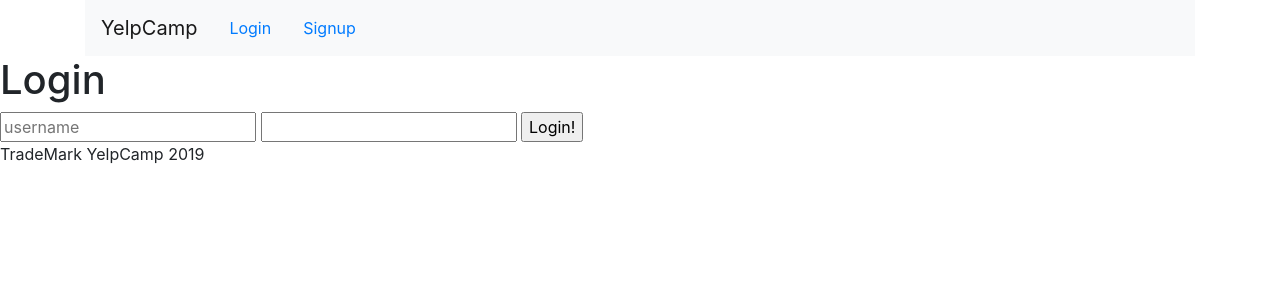
Repository: msuzuki23/AWS-Cloud9-YelpCamp
Page: http://localhost/login
The author's editor kept a record of every edit. The page is drawn from the files as they stood at one moment, then again after the next edit.
The browser window is 1280 px wide. The pictures show the whole page.
Some web libraries are served in a nearby version. The page is served by the project's Node server (YelpCamp/app.js).

Above is the page before.

After the next edit:
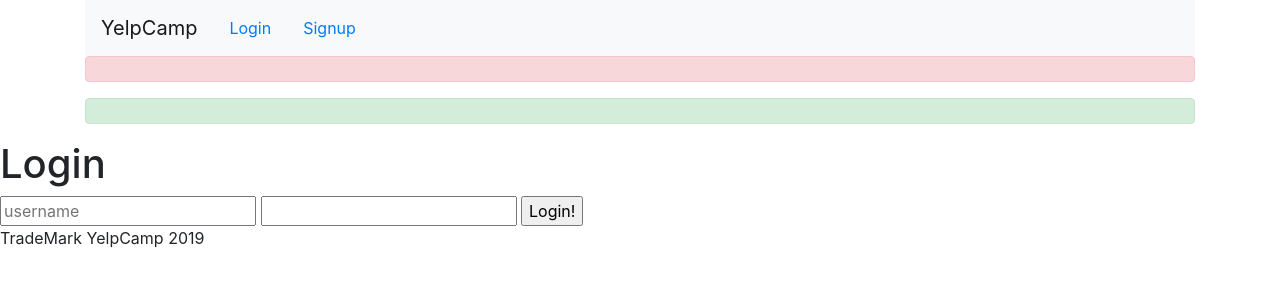
The edit:
--- a/YelpCamp/views/partials/header.ejs
+++ b/YelpCamp/views/partials/header.ejs
@@ -51,5 +51,6 @@
 </div>
 <div class="container">
 
-
+    <div class="alert alert-danger" role="alert"><%= error %></div>
+    <div class="alert alert-success" role="alert"><%= success %></div>
 </div>

After the edit that followed:
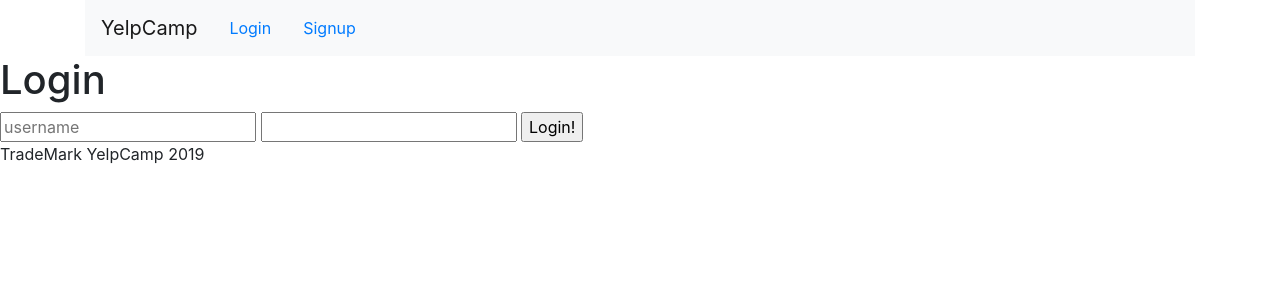
The edit:
--- a/YelpCamp/views/partials/header.ejs
+++ b/YelpCamp/views/partials/header.ejs
@@ -50,7 +50,10 @@
 
 </div>
 <div class="container">
-
+  <% if(error && error.length > 0){ %>
     <div class="alert alert-danger" role="alert"><%= error %></div>
+  <% } %>
+  <% if(success && success.length > 0){ %>
     <div class="alert alert-success" role="alert"><%= success %></div>
+  <% } %>
 </div>
